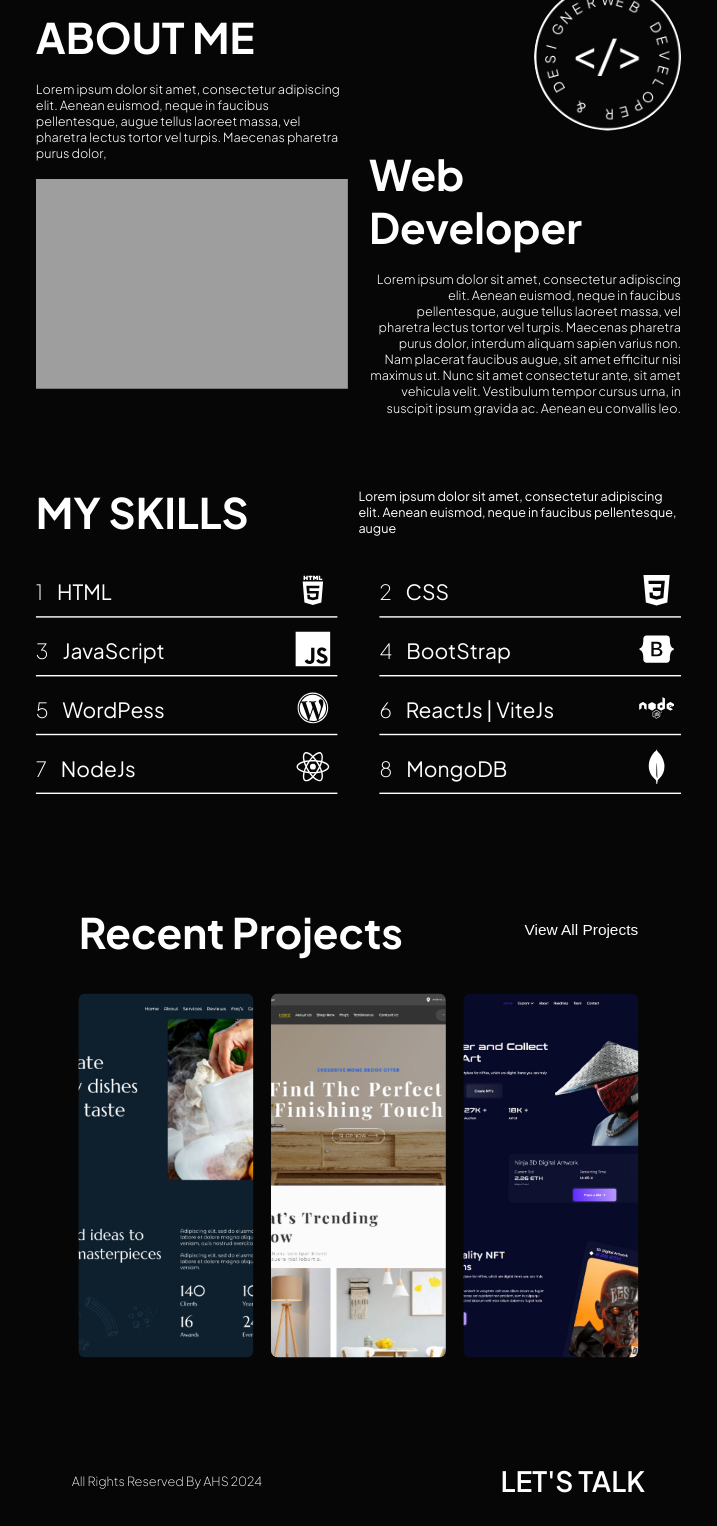
Repository: AliHassan02-Dev/PORTFOLIO
Page: / (app in Front-end/)
The author's editor kept a copy of each file at every save. The page is drawn from the files as they stood at one save, then again after the next save.
The browser window is 1024 px wide. The pictures show the part of the page from y = 1216 to 3456 px (the page is 3396 px tall before and 3456 px after), at 70% of full size.
Pictures or frames that could not be fetched are drawn as grey boxes. The project was rebuilt for these pictures with package versions that can differ from the ones it lists, and the page was loaded fresh each time. Also part of the build but not shown: Front-end/vite.config.js, Front-end/src/Pages/Projects.jsx, Front-end/src/Pages/AllProjects.jsx, Front-end/src/Components/ProjectPreview.jsx.

Above is the page before, as saved 2024-08-24 07:36:49.

### Front-end/src/main.jsx
import React from 'react'
import ReactDOM from 'react-dom/client'
import App from './App.jsx'
import './App.css'
import { BrowserRouter, Route, Routes } from 'react-router-dom'
import AllProjects from './Pages/AllProjects.jsx'
import ProjectPreview from './Components/ProjectPreview.jsx'

ReactDOM.createRoot(document.getElementById('root')).render(
  <>
    <BrowserRouter>
      <Routes>
        <Route path='/' element={<App />} />
        <Route path='/Projects' element={<AllProjects />} />
        <Route path='/projects/projectPreview' element={<ProjectPreview />} />
      </Routes>
    </BrowserRouter>
  </>
)

### Front-end/src/App.css
@import url("https://fonts.googleapis.com/css2?family=Plus+Jakarta+Sans:ital,wght@0,200..800;1,200..800&display=swap");
* {
  margin: 0;
  padding: 0;
  box-sizing: border-box;
}

body {
  width: 100%;
  height: 100%;
  background-color: #060606;
  color: white;
  font-family: "Plus Jakarta Sans", sans-serif;
}

.mainWrapper {
  width: 100%;
  height: 100%;
  position: relative;
  overflow: hidden;
}

/* HOME CONTAINER CSS */
.homeContainer {
  width: 100vw;
  height: 1000px;
  display: flex;
  flex-direction: column;
}

/* NAVBAR CSS */
/* MENU CSS */
.menu {
  width: 100%;
  height: 1000px;
  position: fixed;
  background-color: #060606;
  transform: translateY(-100%);
  z-index: 20;
  display: flex;
  justify-content: center;
  align-items: center;
  opacity: 0;
}

.menu .links {
  width: 100%;
  display: flex;
  justify-content: center;
  align-items: center;
  flex-direction: column;
  height: 100%;
  gap: 40px;
}

.menu .links a {
  color: white;
  font-size: 40px;
  font-weight: 400;
  text-decoration: none;
  position: relative;
  padding-bottom: 10px;
}
.menu .links a::before {
  content: "";
  position: absolute;
  width: 0%;
  height: 2px;
  background-color: white;
  bottom: 0;
  left: 50%;
  transform: translateX(-50%);
  transition: all 0.3s ease-out;
}
.menu .links a:hover::before {
  width: 100%;
}

.navBar {
  margin: 30px auto;
  width: 80%;
  display: flex;
  justify-content: space-between;
  align-items: center;
  padding: 0px 20px;
  position: relative;
  /* left: 50%;
  transform: translateX(-50%); */
  z-index: 25;
}

.navBar a {
  text-decoration: none;
  font-size: 25px;
  font-weight: 600;
  color: white;
}

.navBar .menuBtn,
.navBar .menuBtn-active {
  width: 30px;
  height: 30px;
  display: flex;
  justify-content: center;
  align-items: flex-end;
  flex-direction: column;
  overflow: hidden;
  cursor: pointer;
  transition: all 0.3s ease-in-out;
  opacity: 1 !important;
}
.navBar .menuBtn span,
.navBar .menuBtn-active span {
  width: 100%;
  height: 3px;
  background-color: white;
  border-radius: 20px;
  cursor: pointer;
  transition: all 0.3s ease-in-out;
  opacity: 1 !important;
}
.navBar .menuBtn #line1 {
  transform: translateY(-8px);
}
.navBar .menuBtn #line2 {
  width: 70%;
}
.navBar .menuBtn #line3 {
  width: 40%;
  transform: translateY(8px);
}
/* ACTIVE CLASSES */
.navBar .menuBtn-active {
  width: 30px;
  height: 30px;
  transition: all 0.3s ease-in-out;
}

.navBar .menuBtn-active #line1 {
  transform: translateY(5px) rotate(45deg) !important;
}
.navBar .menuBtn-active #line2 {
  width: 70%;
  transform: translateX(150%) !important;
}
.navBar .menuBtn-active #line3 {
  width: 100%;
  transform: translateY(-1px) rotate(-45deg) !important;
}

/* HERO SECTION CSS */
.homeContainer .heroContainer {
  width: 100%;
  height: 100%;
  display: flex;
  flex-direction: column;
  justify-content: center;
  align-items: center;
  position: relative;
}

.homeContainer .heroContainer h2 {
  font-size: 180px;
  font-weight: bold;
  position: absolute;
  text-wrap: nowrap;
}
.homeContainer .heroContainer .nonStroke {
  z-index: 5;
}
.homeContainer .heroContainer .strokeText1,
.homeContainer .heroContainer .strokeText2 {
  -webkit-text-stroke: 2px #fff;
  -webkit-text-fill-color: #060606;
  opacity: 0;
}
.homeContainer .heroContainer .strokeText1 {
  transform: translateY(0%);
}
.homeContainer .heroContainer .strokeText2 {
  transform: translateY(0%);
}

/* HERO SECTION RESPONSIVE CSS */

@media (max-width: 1200px) {
  .homeContainer .heroContainer h2 {
    font-size: 110px;
  }
}

@media (max-width: 968px) {
  .homeContainer .heroContainer h2 {
    font-size: 80px;
  }
}

@media (max-width: 768px) {
  .homeContainer .heroContainer h2 {
    font-size: 70px;
  }
}

@media (max-width: 568px) {
  .homeContainer .heroContainer h2 {
    font-size: 50px;
  }
}

/* HERO SECTION END */

/* ABOUT SECTION CSS */
.mainWrapper .aboutContainer {
  width: 80%;
  height: 1000px;
  display: flex;
  justify-content: center;
  align-items: center;
  margin: auto;
  gap: 30px;
}

.mainWrapper .aboutContainer .left,
.mainWrapper .aboutContainer .right {
  flex: 1;
  display: flex;
  flex-direction: column;
  gap: 25px;
  overflow: hidden;
}

.mainWrapper .aboutContainer .left h2 {
  color: white;
  font-size: 80px;
  font-weight: bold;
}

.mainWrapper .aboutContainer .left p {
  color: white;
  font-size: 22px;
  font-weight: 300;
}

.mainWrapper .aboutContainer .left .imageBox {
  width: 100%;
  height: 350px;
  background-image: url(./assets/2.jpg);
  background-position: center;
  background-repeat: no-repeat;
  background-size: cover;
  transform-origin: top;
}

.mainWrapper .aboutContainer .right {
  align-items: flex-end;
}

.mainWrapper .aboutContainer .right .circleImg {
  width: 300px;
  height: 300px;
  border-radius: 100%;
  background-image: url(./assets/circleText.png);
  background-position: center;
  background-repeat: no-repeat;
  background-size: cover;
}

.mainWrapper .aboutContainer .right h2 {
  color: white;
  font-size: 80px;
  font-weight: bold;
}

.mainWrapper .aboutContainer .right p {
  color: white;
  font-size: 22px;
  font-weight: 300;
  text-align: right;
}

/* ABOUT SECTION RESPONSIVE */

@media (max-width: 1200px) {
  .mainWrapper .aboutContainer {
    width: 90%;
    height: auto;
    margin: 100px auto;
  }

  .mainWrapper .aboutContainer .left h2 {
    font-size: 60px;
  }

  .mainWrapper .aboutContainer .left p {
    font-size: 18px;
  }

  .mainWrapper .aboutContainer .left .imageBox {
    height: 300px;
  }

  .mainWrapper .aboutContainer .right .circleImg {
    width: 210px;
    height: 210px;
  }

  .mainWrapper .aboutContainer .right h2 {
    font-size: 60px;
  }

  .mainWrapper .aboutContainer .right p {
    font-size: 18px;
  }
}

@media (max-width: 768px) {
  .mainWrapper .aboutContainer {
    width: 100%;
    height: 100%;
    display: flex;
    flex-direction: column;
    justify-content: center;
    align-items: center;
    margin: 100px auto;
    padding: 20px 30px;
  }

  .mainWrapper .aboutContainer .left h2 {
    font-size: 60px;
  }

  .mainWrapper .aboutContainer .left p {
    font-size: 18px;
  }

  .mainWrapper .aboutContainer .left .imageBox {
    height: 300px;
  }

  .mainWrapper .aboutContainer .right .circleImg {
    width: 210px;
    height: 210px;
  }

  .mainWrapper .aboutContainer .right h2 {
    font-size: 60px;
  }

  .mainWrapper .aboutContainer .right p {
    font-size: 18px;
  }
}

@media (max-width: 568px) {
  .mainWrapper .aboutContainer {
    padding: 20px;
  }

  .mainWrapper .aboutContainer .left h2 {
    font-size: 40px;
  }

  .mainWrapper .aboutContainer .left p {
    font-size: 16px;
  }

  .mainWrapper .aboutContainer .left .imageBox {
    height: 240px;
  }

  .mainWrapper .aboutContainer .right .circleImg {
    width: 180px;
    height: 180px;
  }

  .mainWrapper .aboutContainer .right h2 {
    font-size: 40px;
  }

  .mainWrapper .aboutContainer .right p {
    font-size: 16px;
  }
}

/* ABOUT SECTION CSS END */

/* SKILLS SECTION CSS */
.mainWrapper .skillsContainer {
  width: 80%;
  height: 1000px;
  display: flex;
  justify-content: center;
  flex-direction: column;
  margin: auto;
  gap: 30px;
  overflow: hidden;
}

.mainWrapper .skillsContainer .top {
  width: 100%;
  display: flex;
  justify-content: space-between;
  align-items: center;
}

.mainWrapper .skillsContainer .top .left,
.mainWrapper .skillsContainer .top .right {
  flex: 1;
}

.mainWrapper .skillsContainer .top .left h2 {
  font-size: 80px;
  font-weight: bold;
  color: white;
}
.mainWrapper .skillsContainer .top .right p {
  font-size: 22px;
}

.mainWrapper .skillsContainer .bottom {
  width: 100%;
  display: flex;
  justify-content: space-between;
  align-items: flex-start;
  margin: 20px 0px;
}

.mainWrapper .skillsContainer .bottom {
  width: 100%;
  height: 100%;
  display: grid;
  grid-template-columns: 1fr 1fr;
  grid-template-rows: auto auto auto auto;
  gap: 0px 60px;
}
.mainWrapper .skillsContainer .bottom .skillBar {
  width: 100%;
  display: flex;
  justify-content: space-between;
  align-items: center;
  padding-bottom: 10px;
  position: relative;
  cursor: pointer;
}
.mainWrapper .skillsContainer .bottom .skillBar .left {
  display: flex;
  align-items: center;
  gap: 20px;
}

.mainWrapper .skillsContainer .bottom .skillBar .left p {
  color: white;
  font-size: 30px;
  font-weight: 200;
}
.mainWrapper .skillsContainer .bottom .skillBar .left h2 {
  color: white;
  font-size: 30px;
  font-weight: 400;
}

.mainWrapper .skillsContainer .bottom .skillBar .right .skillLogo {
  font-size: 50px;
  color: white;
  margin-right: 10px;
}

/* SKILLS SECTION CSS RESPONSIVE */

@media (max-width: 1200px) {
  .mainWrapper .skillsContainer {
    width: 90%;
    height: 100%;
    margin: 100px auto;
  }

  .mainWrapper .skillsContainer .top .left h2 {
    font-size: 60px;
    font-weight: bold;
    color: white;
  }
  .mainWrapper .skillsContainer .top .right p {
    font-size: 18px;
  }

  .mainWrapper .skillsContainer .bottom {
    width: 100%;
    height: 100%;
    display: grid;
    grid-template-columns: 1fr 1fr;
    grid-template-rows: auto auto auto auto;
    gap: 20px 60px;
  }
  .mainWrapper .skillsContainer .bottom .skillBar {
    width: 100%;
    display: flex;
    justify-content: space-between;
    align-items: center;
    padding-bottom: 10px;
    position: relative;
    cursor: pointer;
  }
  .mainWrapper .skillsContainer .bottom .skillBar .left {
    display: flex;
    align-items: center;
    gap: 20px;
  }

  .mainWrapper .skillsContainer .bottom .skillBar .left p {
    color: white;
    font-size: 30px;
    font-weight: 200;
  }
  .mainWrapper .skillsContainer .bottom .skillBar .left h2 {
    color: white;
    font-size: 30px;
    font-weight: 400;
  }

  .mainWrapper .skillsContainer .bottom .skillBar .right .skillLogo {
    font-size: 50px;
    color: white;
    margin-right: 10px;
  }
}

/* SKILLS SECTION CSS END */

/* PROJECTS SECTION CSS */
.mainWrapper .projectContainer {
  width: 80%;
  height: 1000px;
  display: flex;
  justify-content: center;
  flex-direction: column;
  margin: auto;
  gap: 30px;
}

.mainWrapper .projectContainer .top {
  width: 100%;
  display: flex;
  justify-content: space-between;
  align-items: center;
}

.mainWrapper .projectContainer .top .left,
.mainWrapper .projectContainer .top .right {
  flex: 1;
}

.mainWrapper .projectContainer .top .left h2 {
  font-size: 80px;
  font-weight: bold;
  color: white;
}
.mainWrapper .projectContainer .top .right p {
  font-size: 22px;
}

.mainWrapper .projectContainer .bottom {
  width: 100%;
  display: flex;
  margin-top: 50px;
}

.mainWrapper .projectContainer .bottom {
  display: flex;
  flex-direction: column;
  overflow: hidden;
  gap: 100px;
}

.mainWrapper .projectContainer .bottom .projectBar {
  display: flex;
  justify-content: space-between;
  align-items: center;
  padding-bottom: 5px;
  position: relative;
  cursor: pointer;
  cursor: pointer;
}
.line {
  width: 100%;
  height: 2px;
  background-color: white;
  position: absolute;
  bottom: 0;
  left: 0;
}
.projectLine {
  width: 100%;
  height: 2px;
  background-color: white;
  position: absolute;
  bottom: 0;
  left: 0;
}
.mainWrapper .projectContainer .bottom .projectBar .left {
  display: flex;
  align-items: center;
  gap: 20px;
}

.mainWrapper .projectContainer .bottom .projectBar .left p {
  color: white;
  font-size: 30px;
  font-weight: 200;
}
.mainWrapper .projectContainer .bottom .projectBar .left h2 {
  color: white;
  font-size: 30px;
  font-weight: 400;
}

.mainWrapper .projectContainer .bottom .projectBar .right .arrow {
  font-size: 30px;
  color: white;
  margin-right: 10px;
  transform: rotate(-40deg);
}

/* HORIZONTAL SCROLING CSS */

.aboutSection,
.skillsSection,
.projectSection {
  width: 100vw;
  height: 1000px;
}

.aboutSection {
  background-color: burlywood;
}

.skillsSection {
  background-color: peru;
}

.projectSection {
  background-color: palegoldenrod;
}

.horizontalScrolling {
  display: flex;
  flex-wrap: nowrap;
}

/* .containers {
  position: absolute;
  top: 0 !important;
  left: 50% !important;
  transform: translateX(100%) !important;
} */

/* RIBBONS SECTION CSS */
.mainWrapper .ribbonContainer {
  width: 100%;
  display: flex;
  align-items: center;
  margin: 50px 0px;
}

.mainWrapper .ribbonContainer p {
  color: white;
  font-size: 80px;
  font-weight: bold;
  text-wrap: nowrap;
}
.mainWrapper .ribbonContainer span {
  -webkit-text-stroke: 1px #fff;
  -webkit-text-fill-color: #060606;
}

/* FOOTER SECTION CSS */
.footer {
  width: 100%;
  display: flex;
  justify-content: space-between;
  align-items: center;
  width: 80%;
  margin: 40px auto;
}

.footer .left {
  display: flex;
  flex-direction: column;
  gap: 20px;
}

.footer .left .socialLinks {
  display: flex;
  align-items: center;
  gap: 20px;
}
.footer .left .socialLinks a {
  font-size: 20px;
  font-weight: 400;
  color: white;
  text-decoration: none;
}
.footer .left p {
  color: white;
  font-size: 18px;
  font-weight: 200;
}

.footer .right h2 {
  font-size: 40px;
  font-weight: 600;
  color: white;
  cursor: pointer;
}

/* ALL PROJECTS PAGE CSS */
.projectsContainer {
  width: 80%;
  height: 100%;
  margin: auto;
  padding: 40px 10px;
}

.projectsContainer .topBar {
  width: 100%;
  display: flex;
  justify-content: space-between;
  align-items: center;
}

.projectsContainer .topBar .left h2 {
  font-size: 60px;
  font-weight: bold;
  color: white;
}

.projectsContainer .topBar .right button {
  background: none;
  border: none;
  outline: none;
  position: relative;
  overflow: hidden;
}

.projectsContainer .topBar .right button a {
  color: white;
  font-size: 22px;
  font-weight: 400;
  text-decoration: none;
  position: relative;
  display: block;
  padding-bottom: 5px;
  transition: 0.3s transform linear;
}
.projectsContainer .topBar .right button a::before {
  content: "";
  position: absolute;
  width: 100%;
  height: 2px;
  background-color: white;
  bottom: 0%;
  transform: translateX(200%);
  display: block;
  transition: 0.3s transform linear;
}
.projectsContainer .topBar .right button:hover a::before {
  transform: translateX(0%);
  transition: 0.3s transform linear;
}

.projectsContainer .hdg {
  font-size: 60px;
  font-weight: bold;
  color: white;
}

.projectsContainer .projectsWrapper {
  width: 100%;
  height: 100%;
  display: grid;
  grid-template-columns: 1fr 1fr 1fr;
  gap: 25px;
  margin: 50px 0px;
}

.projectsContainer .projectsWrapper .projectBox {
  width: 100%;
  max-width: 520px;
  height: 520px;
  margin-bottom: 20px;
}

.projectsContainer .projectsWrapper .projectBox .thumbnail {
  width: 100%;
  height: 100%;
  position: relative;
  overflow: hidden;
}

.projectsContainer .projectsWrapper .projectBox .thumbnail img {
  width: 100%;
  height: 100%;
  object-fit: cover;
  border-radius: 10px;
}

.projectsContainer .projectsWrapper .projectBox .thumbnail .overlay {
  width: 100%;
  height: 100%;
  display: flex;
  justify-content: center;
  align-items: center;
  gap: 40px;
  background-color: rgba(0, 0, 0, 0.6);
  position: absolute;
  top: -100%;
  transition: all 0.3s ease-in-out;
  border-radius: 10px;
}
.projectsContainer .projectsWrapper .projectBox .thumbnail:hover .overlay {
  top: 0;
}

.projectsContainer .projectsWrapper .projectBox .thumbnail .overlay .iconBox {
  display: flex;
  justify-content: center;
  align-items: center;
  padding: 15px;
  border-radius: 100%;
  cursor: pointer;
  transition: all 0.3s ease-in-out;
}
.projectsContainer
  .projectsWrapper
  .projectBox
  .thumbnail
  .overlay
  .iconBox:hover {
  background-color: rgba(255, 255, 255, 0.25);
  backdrop-filter: blur(20px);
}

.projectsContainer .projectsWrapper .projectBox .thumbnail .overlay .linkIcon {
  font-size: 25px;
  color: white;
}

/* PROJECT DETAILS CSS */
.projectDetails {
  width: 80%;
  height: 100%;
  display: flex;
  justify-content: space-between;
  margin: 40px auto;
  gap: 40px;
}

.projectDetails .left {
  flex: 2;
}

.projectDetails .left img {
  width: 100%;
}

.projectDetails .right {
  flex: 1;
  display: flex;
  flex-direction: column;
  gap: 40px;
  margin: 20px 0px;
}

.projectDetails .right .projectContent {
  width: 100%;
  padding: 20px;
  display: flex;
  flex-direction: column;
  gap: 20px;
  border-bottom: 1px solid rgba(255, 255, 255, 0.45);
}

.projectDetails .right .projectContent h2 {
  color: white;
  font-size: 25px;
  font-weight: 600;
}

.projectDetails .right .projectContent p {
  color: white;
  font-size: 20px;
  font-weight: 400;
}

.projectDetails .right .projectTechnology {
  border-bottom: 1px solid rgba(255, 255, 255, 0.45);
  width: 100%;
  padding: 20px;
  display: flex;
  justify-content: center;
  flex-direction: column;
  gap: 20px;
}

.projectDetails .right .projectTechnology h2 {
  color: white;
  font-size: 24px;
  font-weight: 600;
}

.projectDetails .right .projectTechnology .icons {
  display: flex;
  align-items: center;
  gap: 40px;
  flex-wrap: wrap;
}

.projectDetails .right .projectTechnology .techName {
  color: white;
  font-size: 60px;
  cursor: pointer;
  padding: 8px;
  transition: 0.3s ease-in-out;
}

.techName {
  color: white;
  font-size: 40px;
  cursor: pointer;
  padding: 8px;
  transition: 0.3s ease-in-out;
}

/* SKILL LOGOS COLOR */
.projectDetails .right .projectTechnology .techName:hover.html {
  background-color: #f16529;
  padding: 8px;
  border-radius: 5px;
}
.projectDetails .right .projectTechnology .techName:hover.css {
  background-color: #264de4;
  padding: 8px;
  border-radius: 5px;
}
.projectDetails .right .projectTechnology .techName:hover.js {
  color: #f7e018 !important;
  padding: 8px;
}
.projectDetails .right .projectTechnology .techName:hover.react {
  background-color: #61dbfb;
  padding: 8px;
  border-radius: 5px;
}
.projectDetails .right .projectTechnology .techName:hover.wordpress {
  background-color: #21759b;
  padding: 8px;
  border-radius: 5px;
}
.projectDetails .right .projectTechnology .techName:hover.node,
.projectDetails .right .projectTechnology .techName:hover.mongodb {
  background-color: #539e43;
  padding: 8px;
  border-radius: 5px;
}
.projectDetails .right .projectTechnology .techName:hover.vite {
  background: linear-gradient(
    90deg,
    rgba(88, 194, 254, 1) 0%,
    rgba(175, 83, 255, 1) 100%
  );
  padding: 8px;
  border-radius: 5px;
}

.techName:hover.figma {
  background: linear-gradient(
    180deg,
    rgba(242, 78, 30, 1) 0%,
    rgba(255, 114, 98, 1) 25%,
    rgba(162, 89, 255, 1) 50%,
    rgba(26, 188, 254, 1) 75%,
    rgba(10, 207, 131, 1) 100%
  );
  padding: 8px;
  border-radius: 5px;
}
.techName:hover.website {
  background: gray;
  padding: 8px;
  border-radius: 5px;
}

.projectDetails .right .links {
  border-bottom: 1px solid rgba(255, 255, 255, 0.45);
  width: 100%;
  padding: 20px;
  display: flex;
  flex-direction: column;
  justify-content: center;
  gap: 20px;
}

.projectDetails .right .links h2 {
  color: white;
  font-size: 24px;
  font-weight: 600;
}

.projectDetails .right .links .icons {
  display: flex;
  align-items: center;
  flex-direction: row;
  gap: 20px;
}

.projectDetails .right .links .linkIcon {
  color: white;
  font-size: 50px;
  padding: 10px;
  border-radius: 100%;
  cursor: pointer;
  transition: 0.3s ease-in-out;
}
.projectDetails .right .links .linkIcon:hover {
  background-color: rgba(255, 255, 255, 0.25);
  backdrop-filter: blur(20px);
}

### Front-end/src/Components/Footer.jsx
import React from "react";

const Footer = () => {
  return (
    <div className="footer">
      <div className="left">
        <p>All Rights Reserved By AHS 2024</p>
      </div>
      <div className="right">
        <h2>LET'S TALK</h2>
      </div>
    </div>
  );
};

export default Footer;

### Front-end/src/Components/Navbar.jsx
import React, { useEffect, useState } from 'react'
import { useGSAP } from '@gsap/react';
import gsap from 'gsap';
import { ScrollTrigger } from 'gsap/ScrollTrigger';
gsap.registerPlugin(ScrollTrigger)

const Navbar = ({ setClickedOnOpen, clickedOnOpen }) => {

    const handleClick = () => {
        setClickedOnOpen(!clickedOnOpen)
    }
    // useGSAP(() => {
    //     gsap.from('.navBar a', {
    //         transform: 'translateY(-10px)',
    //         opacity: 0,
    //         duration: 0.5,
    //         delay: 0.5
    //     })
    //     gsap.from('.navBar .menuBtn, .navBar .menuBtn-active', {
    //         transform: 'translateY(-10px)',
    //         opacity: 0,
    //         duration: 0.5,
    //         delay: 0.8
    //     })
    //     gsap.from('.navBar .menuBtn span, .navBar .menuBtn-active span', {
    //         transform: 'translateX(200px)',
    //         opacity: 0,
    //         duration: 0.5,
    //         delay: 1,
    //         stagger: 0.3
    //     })
    // })
    return (
        <div className='navBar'>
            {/* <div className="left"> */}
            <a href="">PORTFOLIO</a>
            {/* </div> */}
            {/* <div className="right"> */}
            <div className={`${clickedOnOpen ? 'menuBtn-active' : 'menuBtn'}`} onClick={handleClick}>
                <span id='line1'></span>
                <span id='line2'></span>
                <span id='line3'></span>
                {/* </div> */}
            </div>
        </div>
    )
}

export default Navbar

### Front-end/src/Components/ProjectsBox.jsx
import React from "react";
import { GoLink } from "react-icons/go";
import { FaArrowUpRightFromSquare } from "react-icons/fa6";
import { projectsData } from "../data";
import { Link, useNavigate } from "react-router-dom";

const ProjectsBox = () => {
  const navigate = useNavigate();

  return (
    <div className="projectsWrapper">
      {projectsData?.map((projects) => {
        return (
          <div className="projectBox">
            <div className="thumbnail">
              <img src={projects?.thumbnail} alt="" />
              <div className="overlay">
                <div className="iconBox">
                  <Link target={"_blank"} to={projects?.websiteLink}>
                    <GoLink className="linkIcon" />
                  </Link>
                </div>
                <div
                  className="iconBox"
                  onClick={() =>
                    navigate("/projects/projectPreview", { state: projects })
                  }
                >
                  <FaArrowUpRightFromSquare className="linkIcon" />
                </div>
              </div>
            </div>
          </div>
        );
      })}
    </div>
  );
};
export default ProjectsBox;

Loaded but not shown: Front-end/index.html (common file); Front-end/src/data.js (59 lines, source omitted); Front-end/src/Pages/Skills.jsx (169 lines, source omitted); Front-end/src/Pages/About.jsx (80 lines, source omitted); Front-end/src/App.jsx (87 lines, source omitted); Front-end/src/Pages/Home.jsx (53 lines, source omitted)

After the next save:
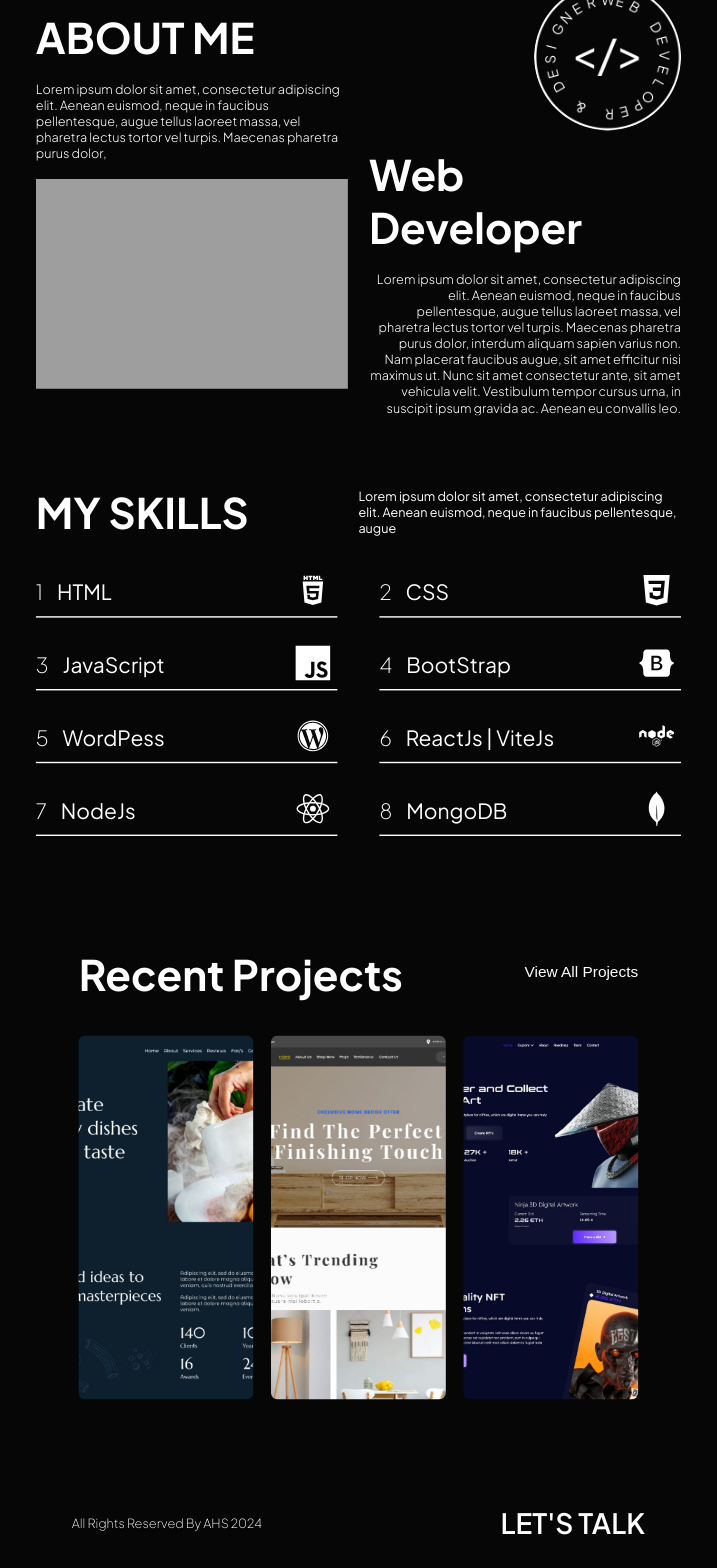
Saved 6 s later.
--- a/Front-end/src/App.css
+++ b/Front-end/src/App.css
@@ -489,7 +489,7 @@ body {
     display: grid;
     grid-template-columns: 1fr 1fr;
     grid-template-rows: auto auto auto auto;
-    gap: 20px 60px;
+    gap: 40px 60px;
   }
   .mainWrapper .skillsContainer .bottom .skillBar {
     width: 100%;
